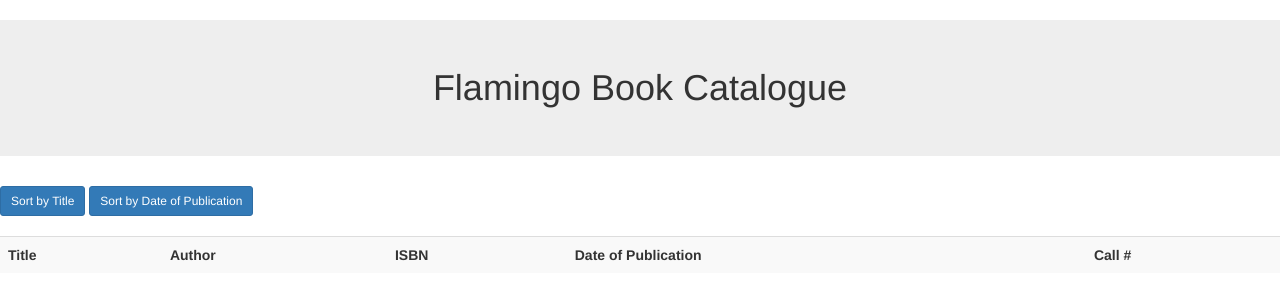
Repository: avega15/Library-Database
Page: http://localhost/main
The author's editor kept a copy of each file at every save. The page is drawn from the files as they stood at one save, then again after the next save.
The browser window is 1280 px wide. The pictures show the whole page.
The page is this project's Thymeleaf template; nobody is signed in. The template is opened directly, without the code that normally fills it, so the values that code supplies are empty.

Above is the page before, as saved 2021-04-24 06:03:51.

### demo/src/main/resources/templates/main.html
<!DOCTYPE HTML>
<html xmlns:th="http://www.thymeleaf.org">
<head>
<title>Flamingo Palooza</title>
<link rel="icon" type="image/png" href="https://tinyurl.com/dh3wsprp"/>
<meta http-equiv="Content-Type" content="text/html; charset=UTF-8" />

<link rel="stylesheet"
	href="https://maxcdn.bootstrapcdn.com/bootstrap/3.4.1/css/bootstrap.min.css">
<script
	src="https://ajax.googleapis.com/ajax/libs/jquery/3.5.1/jquery.min.js"></script>
<script
	src="https://maxcdn.bootstrapcdn.com/bootstrap/3.4.1/js/bootstrap.min.js"></script>
</head>
<body>
	<h1 class="jumbotron" style="text-align: center">Flamingo Book
		Catalogue</h1>

	<button class="btn btn-primary btn-sm"
		onclick="window.location.href='titleSort'">Sort by Title</button>
	<button class="btn btn-primary btn-sm"
		onclick="window.location.href='dateSort'">Sort by Date of
		Publication</button>
	<br/>
	<br/>

	<table class="table table-striped">
		<tr>
			<th scope="col">Title</th>
			<th scope="col">Author</th>
			<th scope="col">ISBN</th>
			<th scope="col">Date
				of Publication</th>
			<th scope="col">Call #</th>
		</tr>
		<tr th:each="bib, bibStat: ${bibs}">
			<td th:text="${bibStat.count + '. ' + bib.getTitle()}"></td>
			<td th:text="${bib.getAuthor()}"></td>
			<td th:text="${bib.getIsbn()}"></td>
			<td th:text="${bib.getDate_of_publication()}"></td>
			<td th:text="${bib.getCall_number()}"></td>
		</tr>
	</table>
</body>
</html>

After the next save:
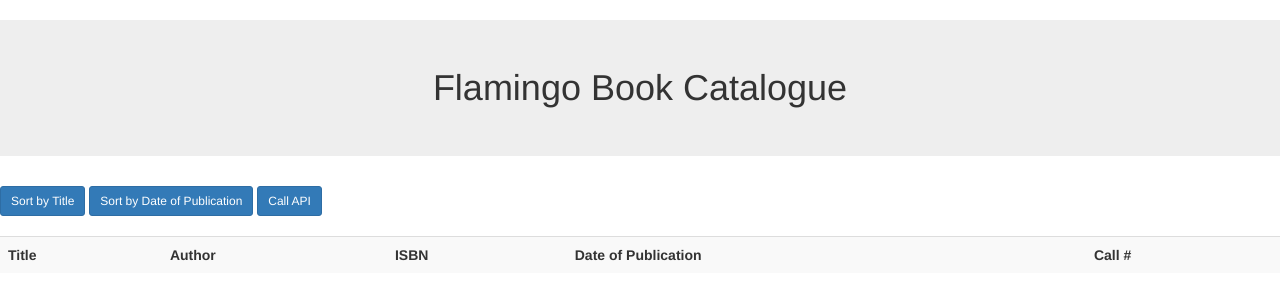
Saved 110 s later.
--- a/demo/src/main/resources/templates/main.html
+++ b/demo/src/main/resources/templates/main.html
@@ -21,6 +21,8 @@
 	<button class="btn btn-primary btn-sm"
 		onclick="window.location.href='dateSort'">Sort by Date of
 		Publication</button>
+			<button class="btn btn-primary btn-sm"
+		onclick="window.location.href='main'">Call API</button>
 	<br/>
 	<br/>
 
